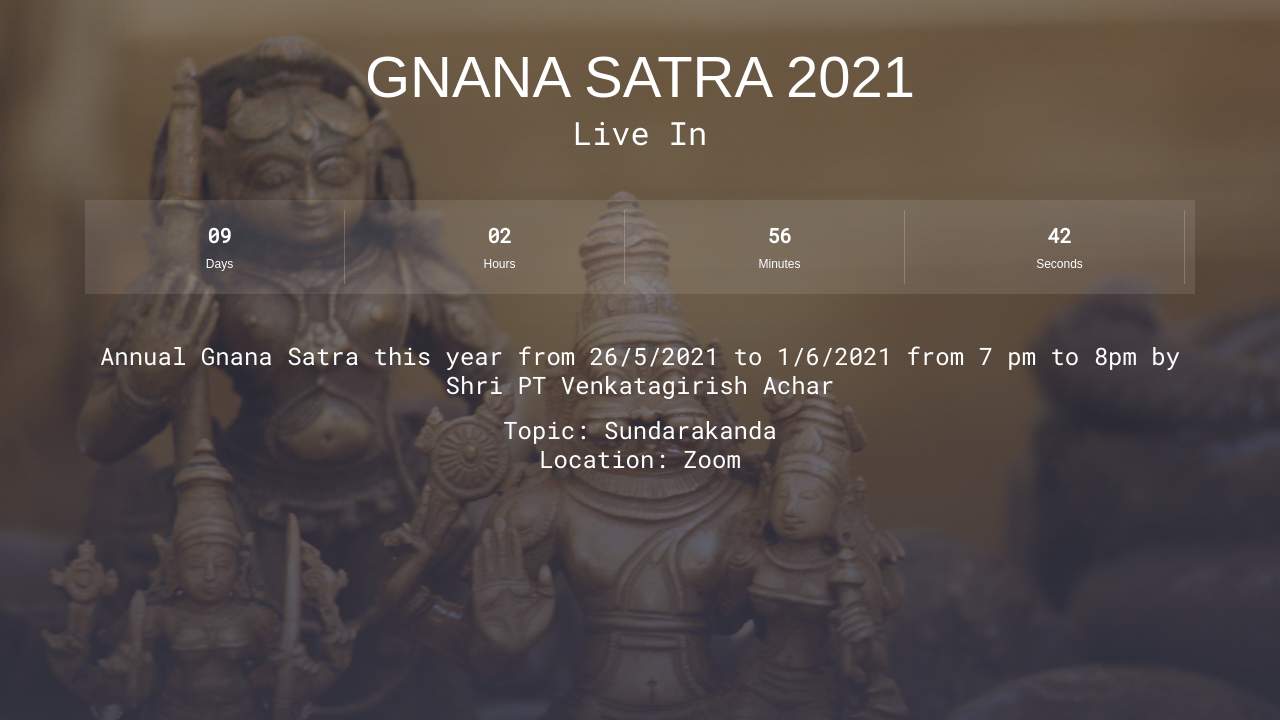
Repository: anirudhbichal/gs
Page: /
An editor plug-in stored every save of this project. The page is shown before and after the next save, followed by the edit.
The browser window is 1280 px wide. The pictures show the whole page.
Some web fonts or font styles are not loaded; a fallback is used. The project was rebuilt for these pictures with package versions that can differ from the ones it lists, and the page was loaded fresh each time.

Above is the page before, as saved 2021-05-17 19:06:46.

After the next save:
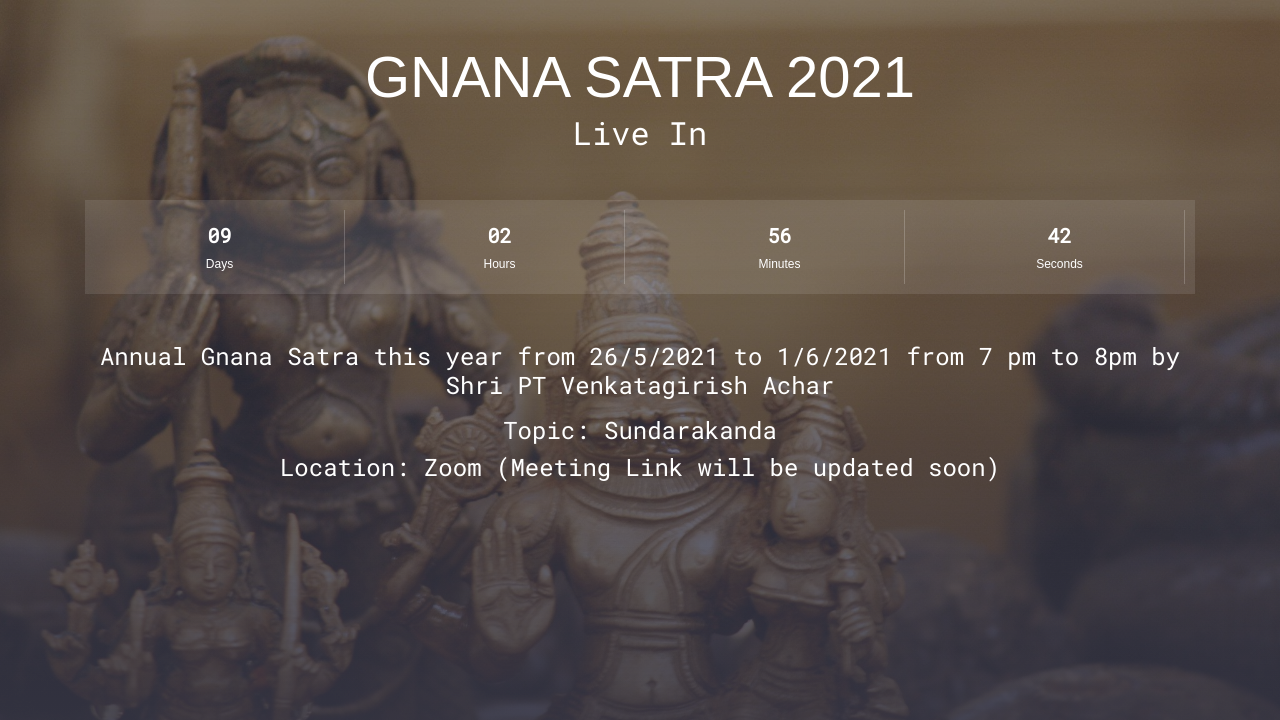
Saved 16 s later.
--- a/src/App.js
+++ b/src/App.js
@@ -16,8 +16,10 @@ function App() {
           Annual Gnana Satra this year from 26/5/2021 to 1/6/2021 from 7 pm to 8pm by Shri PT Venkatagirish Achar
         </h4>
         <h4 className="mt-3">
-          <div id="fragment1">Topic: Sundarakanda</div>
-          <div id="fragment2">Location: Zoom</div>
+          Topic: Sundarakanda
+        </h4>
+        <h4>
+          Location: Zoom (Meeting Link will be updated soon)
         </h4>
       </Container>
     </div>
